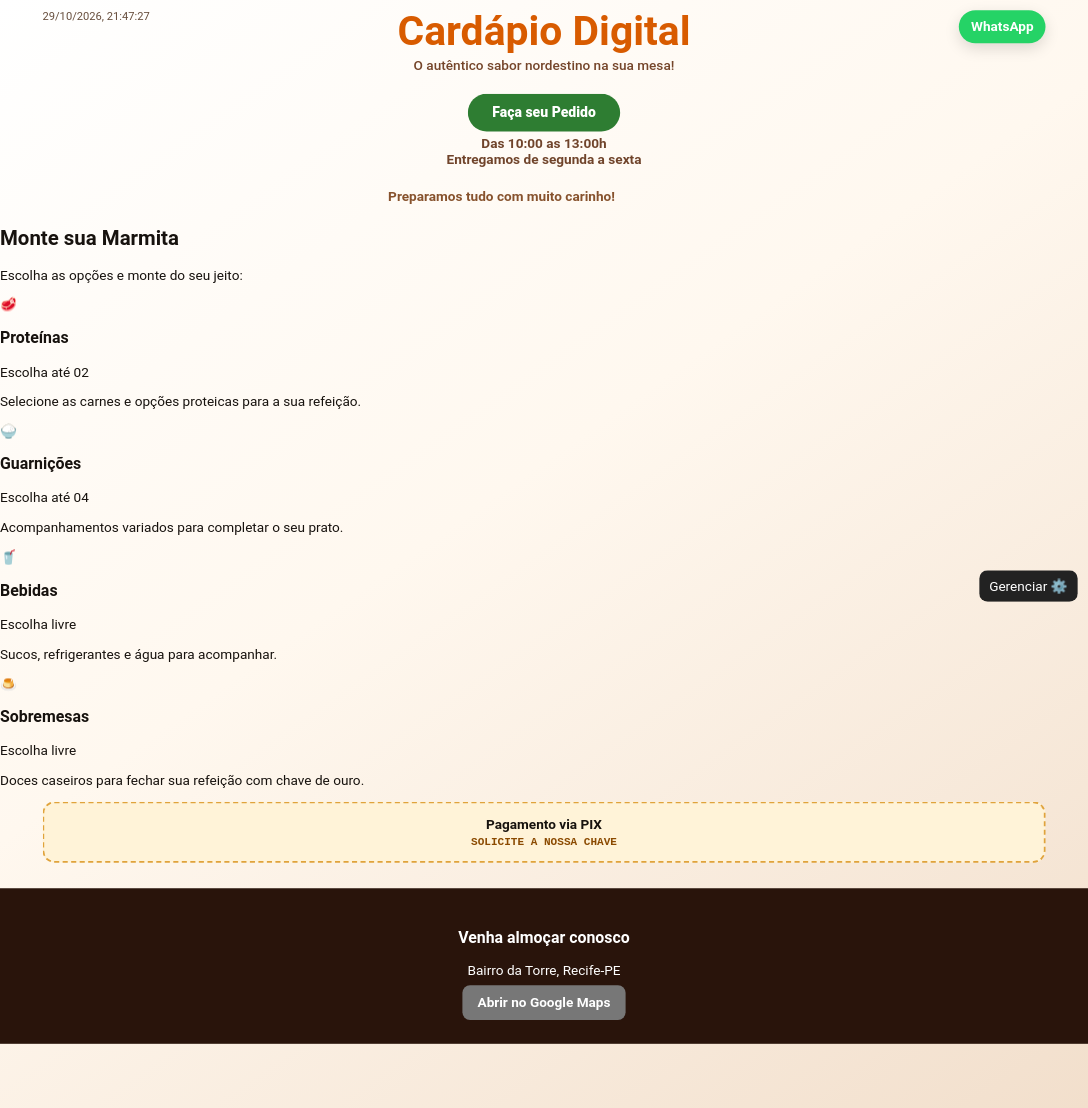
Repository: JeffRodFer/sd-copy-01-frontend
Page: index.html
An editor plug-in stored every save of this project. The page is shown before and after a run of saves, followed by the edit.
The browser window is 1280 px wide. The pictures show the whole page, at 85% of full size.
The page's requests for data from a server got no answer.

Above is the page before, as saved 2026-10-30 11:12:45.

After the next 2 saves:
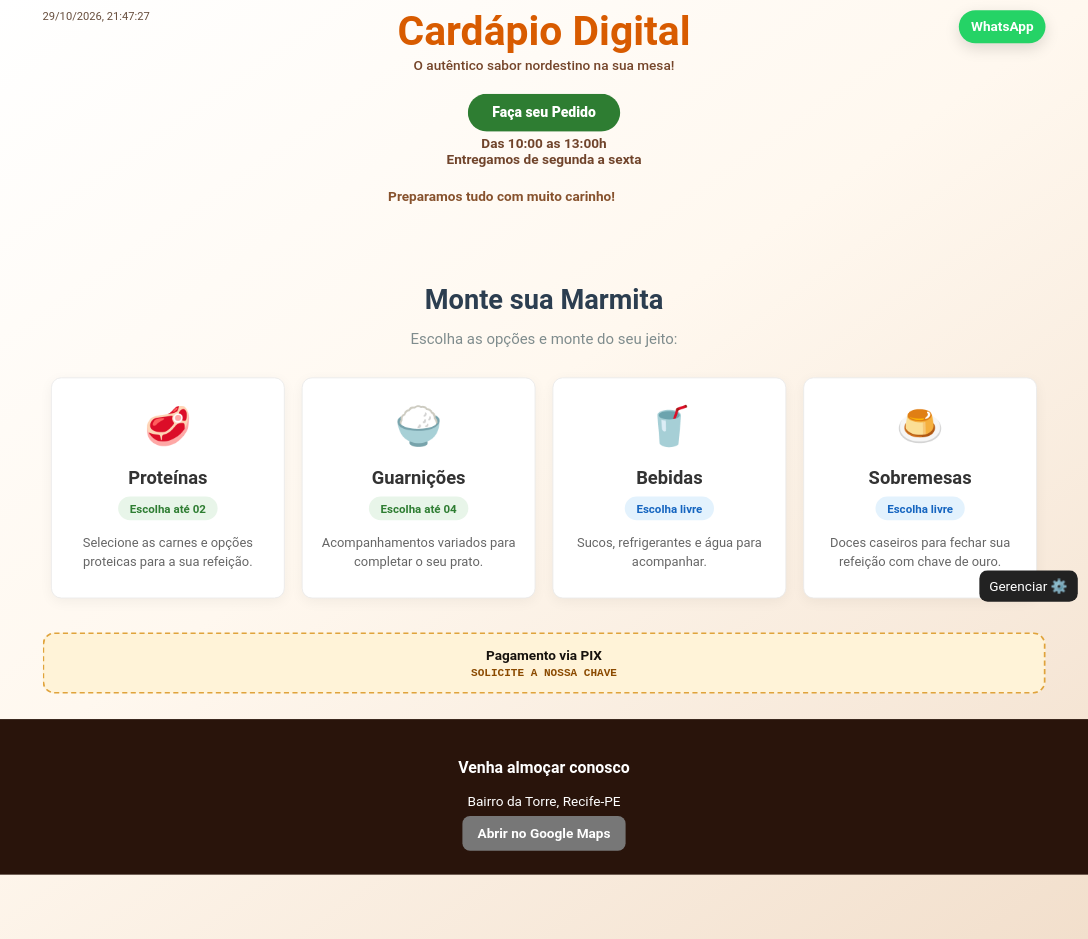
The 2 saves are shown as one change because they came seconds apart.
The last was saved 90 s later.
--- a/style.css
+++ b/style.css
@@ -274,6 +274,85 @@
       display: none;
     }
 
+    /* =====================================================
+ESTILOS DA SEÇÃO DE CATEGORIAS (PÁGINA PRINCIPAL)
+===================================================== */
+.menu-categories-section {
+  padding: 40px 20px;
+  text-align: center;
+  max-width: 1200px;
+  margin: 0 auto;
+}
+
+.menu-categories-section h2 {
+  font-size: 2rem;
+  color: #2c3e50;
+  margin-bottom: 8px;
+  font-weight: 700;
+}
+
+.menu-categories-section .subtitle {
+  color: #7f8c8d;
+  margin-bottom: 35px;
+  font-size: 1.1rem;
+}
+
+.categories-grid {
+  display: grid;
+  grid-template-columns: repeat(auto-fit, minmax(250px, 1fr));
+  gap: 20px;
+  justify-content: center;
+}
+
+.category-card {
+  background: #ffffff;
+  border-radius: 12px;
+  padding: 30px 20px;
+  box-shadow: 0 4px 15px rgba(0, 0, 0, 0.05);
+  transition: transform 0.3s ease, box-shadow 0.3s ease;
+  border: 1px solid #eaeaea;
+  text-align: center;
+}
+
+.category-card:hover {
+  transform: translateY(-5px);
+  box-shadow: 0 8px 25px rgba(0, 0, 0, 0.1);
+}
+
+.category-icon {
+  font-size: 2.8rem;
+  margin-bottom: 15px;
+}
+
+.category-card h3 {
+  font-size: 1.35rem;
+  color: #333333;
+  margin-bottom: 10px;
+}
+
+.badge-limit {
+  display: inline-block;
+  background-color: #e8f5e9;
+  color: #2e7d32;
+  font-weight: 600;
+  font-size: 0.85rem;
+  padding: 6px 14px;
+  border-radius: 20px;
+  margin-bottom: 15px;
+}
+
+.badge-limit.livre {
+  background-color: #e3f2fd;
+  color: #1565c0;
+}
+
+.category-card p {
+  color: #666666;
+  font-size: 0.95rem;
+  line-height: 1.5;
+  margin: 0;
+}
+
     .step.active {
       display: block;
     }
